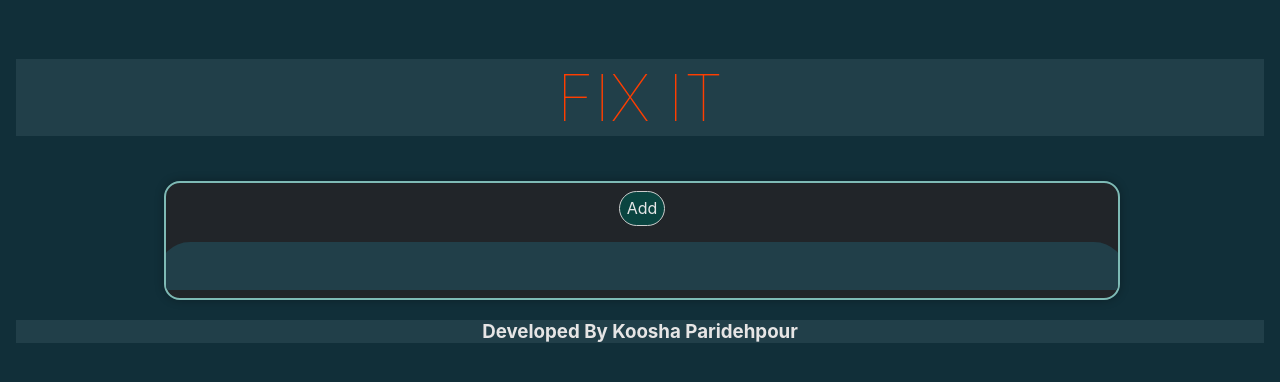
Repository: KooshaPari/fixit-go
Page: / (app in frontend/)
These files come from the project's save history. The page is drawn as it stood at one moment and after a run of saves; the edit follows.
The browser window is 1280 px wide. The pictures show the whole page.
The first visible `#fixItApp button` is being pressed.
The page's requests for data from a server got no answer. The project was rebuilt for these pictures with package versions that can differ from the ones it lists, and the page was loaded fresh each time. No one was signed in, and anything a server would have sent is missing.

Above is the page before, as saved 2024-09-24 23:35:54.

### frontend/public/index.html
<!DOCTYPE html>
<html lang="en">
	<head>
		<meta charset="utf-8" />
		<meta name="viewport" content="width=device-width,initial-scale=1" />

		<title>Svelte app</title>

		<link rel="icon" type="image/png" href="/favicon.png" />
		<link rel="stylesheet" href="/global.css" />
		<link rel="stylesheet" href="/build/bundle.css" />

		<script defer src="/build/bundle.js"></script>
	</head>

	<body></body>
</html>

### frontend/src/main.js
import App from "./App.svelte";

const app = new App({
	target: document.body,
	props: {
		name: "fixIt",
	},
});

### frontend/src/App.svelte
<script>
	import { onMount, afterUpdate } from "svelte";
	import Modal from "./Modal.svelte";
	import { prevent_default } from "svelte/internal";
	import { fly, fade } from "svelte/transition";
	let todos = [];
	let tempid = -1;
	onMount(async () => {
		try {
			const response = await fetch("http://localhost:8081/api/todos");
			if (!response.ok) {
				throw new Error(`HTTP error! status: ${response.status}`);
			}
			console.log("GRABBING TODOS");
			todos = await response.json();
		} catch (error) {
			console.error("Error fetching todos:", error);
		}
	});
	let showCreateModal = false;
	let showEditModal = false;
	async function loadEditPopup(id) {
		showEditModal = true;
		const response = await fetch(`http://localhost:8081/api/todos/${id}`, {
			method: "GET",
			headers: { "Content-Type": "application/json" },
		});
		const todo = await response.json();
		// Update the title, description, and dueDate variables
		title = todo.title;
		description = todo.description;
		dueDate = todo.dueDate;
		tempid = todo.id;
	}
	async function editTodo(title, description, dueDate) {
		const id = tempid;
		const newTodo = { id, title, description, dueDate };
		tempid = -1;
		try {
			const response = await fetch(`http://localhost:8081/api/todos/${id}`, {
				method: "PUT",
				headers: { "Content-Type": "application/json" },
				body: JSON.stringify(newTodo),
			});
			const updatedTodo = await response.json();
			todos = todos.map((todo) => (todo.id === id ? updatedTodo : todo));
		} catch (error) {
			console.error("Error editing todo:", error);
		}
	}

	async function createTodo(title, description, dueDate) {
		/**Generate ToDo Object, add to local array, then create fetch object to server to add to remote array*/

		const newTodo = { title, description, dueDate };
		try {
			const response = await fetch("http://localhost:8081/api/todos", {
				method: "POST",
				headers: { "Content-Type": "application/json" },
				body: JSON.stringify(newTodo),
			});
			const createdTodo = await response.json();
			todos = [...todos, createdTodo];
		} catch (error) {
			console.error("Error creating todo:", error);
		}
		showCreateModal = false;
	}
	async function deleteTodo(id) {
		console.log("DELETING: " + id);
		if (id !== undefined) {
			todos = todos.filter((todo) => todo.id !== id);
			const response = await fetch(`http://localhost:8081/api/todos/${id}`, {
				method: "DELETE",
				headers: { "Content-Type": "application/json" },
			});
		} else {
			console.error("Cannot delete todo item: id is undefined");
		}
	}
	let title;
	let description;
	let dueDate;
</script>

<main>
	<!---->

	<div id="header">
		<div id="logoCont">
			<h1>Fix It</h1>
		</div>
	</div>
	<div id="body">
		<div
			id="fixItApp"
			style="overflow-y:auto; overflow-x: hidden; padding: 0.5em;"
		>
			<Modal bind:showModal={showEditModal}>
				<h2>Edit Todo Item</h2>
				<form>
					<input
						type="text"
						id="todo-title"
						bind:value={title}
						placeholder="Todo title"
					/>
					<input
						type="text"
						id="todo-description"
						bind:value={description}
						placeholder="Todo description"
					/>
					<input
						type="text"
						id="todo-dueDate"
						bind:value={dueDate}
						placeholder="Todo dueDate"
					/>
					<button
						on:click={(event) => {
							editTodo(title, description, dueDate);
						}}>Edit</button
					>
				</form>
			</Modal>
			<Modal bind:showModal={showCreateModal}>
				<h2>Create Todo Item</h2>
				<form>
					<input
						type="text"
						id="todo-title"
						bind:value={title}
						placeholder="Todo title"
					/>
					<input
						type="text"
						id="todo-description"
						bind:value={description}
						placeholder="Todo description"
					/>
					<input
						type="text"
						id="todo-dueDate"
						bind:value={dueDate}
						placeholder="Todo dueDate"
					/>
					<button on:click={() => createTodo(title, description, dueDate)}
						>Create</button
					>
				</form>
			</Modal>
			<div style="padding:0.25em; position: sticky; top: 0;">
				<button
					on:click={() => {
						showCreateModal = true;
					}}
					class="addBtn">Add</button
				>
			</div>
			<div
				id="todoList"
				style="background-color:#213f49; width: 100%; height: 100%; padding: 1em; border-radius: 2em 2em 0 0;"
			>
				<ul id="todos">
					{#each todos as todo, index}
						<li
							class="todoLstItm"
							in:fly={{ y: 200, duration: 2000, delay: index * 100 }}
							out:fade={{ duration: 2000 }}
						>
							<div class="todoLstItmContLeft">
								<button
									on:click={() => deleteTodo(todo.id)}
									class="completeBtn todoBtn">&#10003;</button
								>
							</div>
							<div class="todoLstItmConRight">
								<h3 style="padding-inline: 1em; font-size: 0.75em; width: 40%;">
									{todo.title}
								</h3>
								<div style="display:flex; flex-direction:column; width: 40% ">
									<p class="todotxt">{todo.description}</p>
									<!-- due Date below-->
									<p class="todotxt">{todo.dueDate}</p>
								</div>
								<div class="todoLstItmConRightBtns">
									<button
										on:click={() => loadEditPopup(todo.id)}
										class="deleteBtn todoBtn">&#9998;</button
									>
									<button
										on:click={() => deleteTodo(todo.id)}
										class="editBtn todoBtn">&#10006;</button
									>
								</div>
							</div>
						</li>
					{/each}
				</ul>
			</div>
		</div>
	</div>
	<div id="footer">
		<h3>Developed By Koosha Paridehpour</h3>
	</div>
</main>

<style>
	main {
		text-align: center;
		padding: 1em;
		max-width: 240px;
		margin: 0 auto;
	}

	h1 {
		color: #ff3e00;
		text-transform: uppercase;
		font-size: 4em;
		font-weight: 100;
	}
	#fixItApp {
		border: 2px solid #7ebab5;
		padding: 1em;
		border-radius: 1em;
		display: flex;
		flex-direction: column;
		align-items: center;
		justify-content: flex-start;

		width: 75%;
		max-height: 65vh;
		box-shadow: 0 0 10px rgba(0, 0, 0, 0.3);
		background-color: #212529;
	}
	#fixItApp button:hover {
		background-color: #0e4a45;

		transform: scale(1.1);
		transform: translateY(-0.25em);
	}
	#fixItApp button:active {
		background-color: #0a4440;

	}
	@media (min-width: 640px) {
		main {
			max-width: none;
		}
	}
	.todoLstItmContLeft {
		background-color: #314d59;
		width: 25%;
		border-radius: 0.625em 0 0 0.625em;
		display: flex;
		align-items: center;
		justify-content: center;
	}
	.todoLstItmConRight {
		width: 75%;
		justify-content: center;
		align-items: center;
		overflow: hidden;
	}
	.todoLstItmConRight * {
		display: flex;
		justify-content: flex-start;
		align-items: flex-start;
	}
	.todoLstItmConRightBtns {
		display: flex;
		flex-direction: column;
		width: 20%;
		padding: 0.5em;
	}
	.todoLstItm {
		background-color: #415d69;
		margin: 0;
		border-radius: 0.625em;
		box-shadow: 0 0 10px rgba(0, 0, 0, 0.3);
		display: flex;
		flex-direction: row;
	}
	.todotxt {
		font-size: 0.25em;
		text-align: left;
	}
	.todoLstItmContLeft,
	.todoLstItmConRight {
		display: flex;
		padding: 0.25em;
	}
	ul {
		list-style-type: none;
	}
	#body {
		align-items: flex-start;
		justify-content: center;
		display: flex;
		width: 100%;
		padding: 0.125em;
	}
	#header,
	#footer {
		background-color: #213f49;
		width: 100%;
		margin: 0;
	}

	.todoBtn {
		background-color: #314d59;
		border-radius: 0.5em;
		color: #f6f5f5;
		width: 100%;
		height: 25%;
		padding: 0.25em;
		display: flex;
		align-items: center;
		justify-content: center;
		transition: transform 0.2s ease-in-out;
	}
	.completeBtn {
		width: 2.5em;
		height: 2.5em;
		padding: 0.25em;
		border-radius: 2.5em;
		background-color: #7eafb5;
		font-size: 100%;
	}
	#popupCont {
		background-color: #213f49;
		width: 100%;
		height: 100%;
		display: none;
		flex-direction: column;
		align-items: center;
		justify-content: center;
	}
	.popup.open {
		display: block !important;
	}
	#todos {
		padding-inline-start: 0 !important;
	}
	#todos > li {
		margin: 0.5em;
	}
	.addBtn {
		border-radius: 2em;
		background-color: #7eafb5;
		color: #e6e6e6;
	}
</style>

### frontend/src/Modal.svelte
<script>
	export let showModal; // boolean

	let dialog; // HTMLDialogElement

	$: if (dialog && showModal) dialog.showModal();
</script>

<!-- svelte-ignore a11y-click-events-have-key-events a11y-no-noninteractive-element-interactions -->
<dialog
	bind:this={dialog}
	on:close={() => (showModal = false)}
	on:click|self={() => dialog.close()}
>
	<!-- svelte-ignore a11y-no-static-element-interactions -->
	<div on:click|stopPropagation>
		<slot name="header" />
		<hr />
		<slot />
		<hr />
		<!-- svelte-ignore a11y-autofocus -->
		<button autofocus on:click={() => dialog.close()}>close</button>
	</div>
</dialog>

<style>
	dialog {
		max-width: 32em;
		border-radius: 1em;
		border: none;
		padding: 1em;
		background-color: #213f49;
		color: #e6e6e6;
	}
	dialog::backdrop {
		background: rgba(0, 0, 0, 0.3);
	}
	dialog > div {
		padding: 1em;
	}
	dialog[open] {
		animation: zoom 0.3s cubic-bezier(0.34, 1.56, 0.64, 1);
	}
	dialog button {
		border-radius: 2em;
		background-color: #7ebab5;
	}
	@keyframes zoom {
		from {
			transform: scale(0.95);
		}
		to {
			transform: scale(1);
		}
	}
	dialog[open]::backdrop {
		animation: fade 0.2s ease-out;
	}
	@keyframes fade {
		from {
			opacity: 0;
		}
		to {
			opacity: 1;
		}
	}
	button {
		display: block;
	}
</style>

### frontend/public/global.css
html,
body {
	position: relative;
	width: 100%;
	height: 100%;
}

body {
	color: #e6e5e5;
	background-color: #112f39;
	margin: 0;
	padding: 0px;
	box-sizing: border-box;
	font-family: -apple-system, BlinkMacSystemFont, "Segoe UI", Roboto,
		Oxygen-Sans, Ubuntu, Cantarell, "Helvetica Neue", sans-serif;
}

a {
	color: rgb(0, 100, 200);
	text-decoration: none;
}

a:hover {
	text-decoration: underline;
}

a:visited {
	color: rgb(0, 80, 160);
}

label {
	display: block;
}

input,
button,
select,
textarea {
	font-family: inherit;
	font-size: inherit;
	-webkit-padding: 0.4em 0;
	padding: 0.4em;
	margin: 0 0 0.5em 0;
	box-sizing: border-box;
	border: 1px solid #ccc;
	border-radius: 2px;
}

input:disabled {
	color: #ccc;
}

button {
	color: #333;
	background-color: #f4f4f4;
	outline: none;
}

button:disabled {
	color: #999;
}

button:not(:disabled):active {
	background-color: #ddd;
}

button:focus {
	border-color: #666;
}

After the next 2 saves:
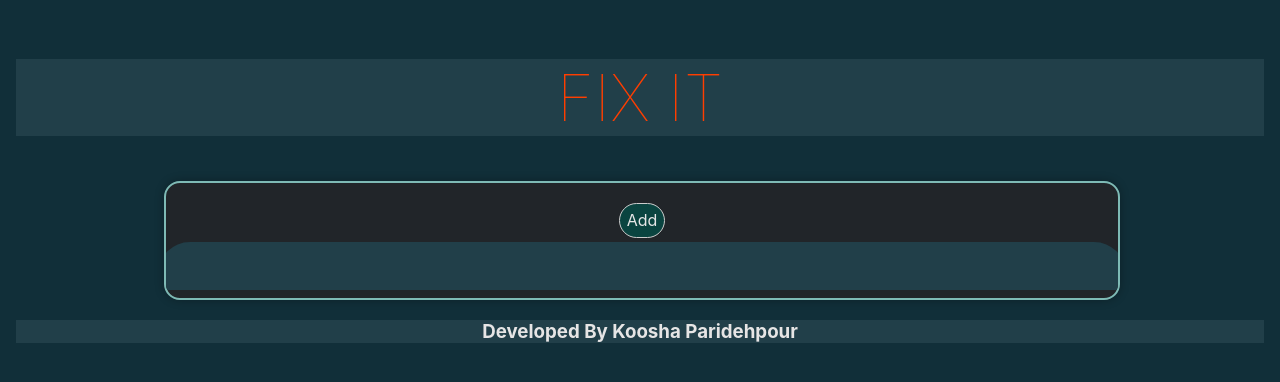
The 2 saves are shown as one change because they came seconds apart.
The last was saved 12 s later.
--- a/frontend/src/App.svelte
+++ b/frontend/src/App.svelte
@@ -242,7 +242,8 @@
 	}
 	#fixItApp button:active {
 		background-color: #0a4440;
-
+		transform: scale(1.1);
+		transform: translateY(0.5em);
 	}
 	@media (min-width: 640px) {
 		main {
